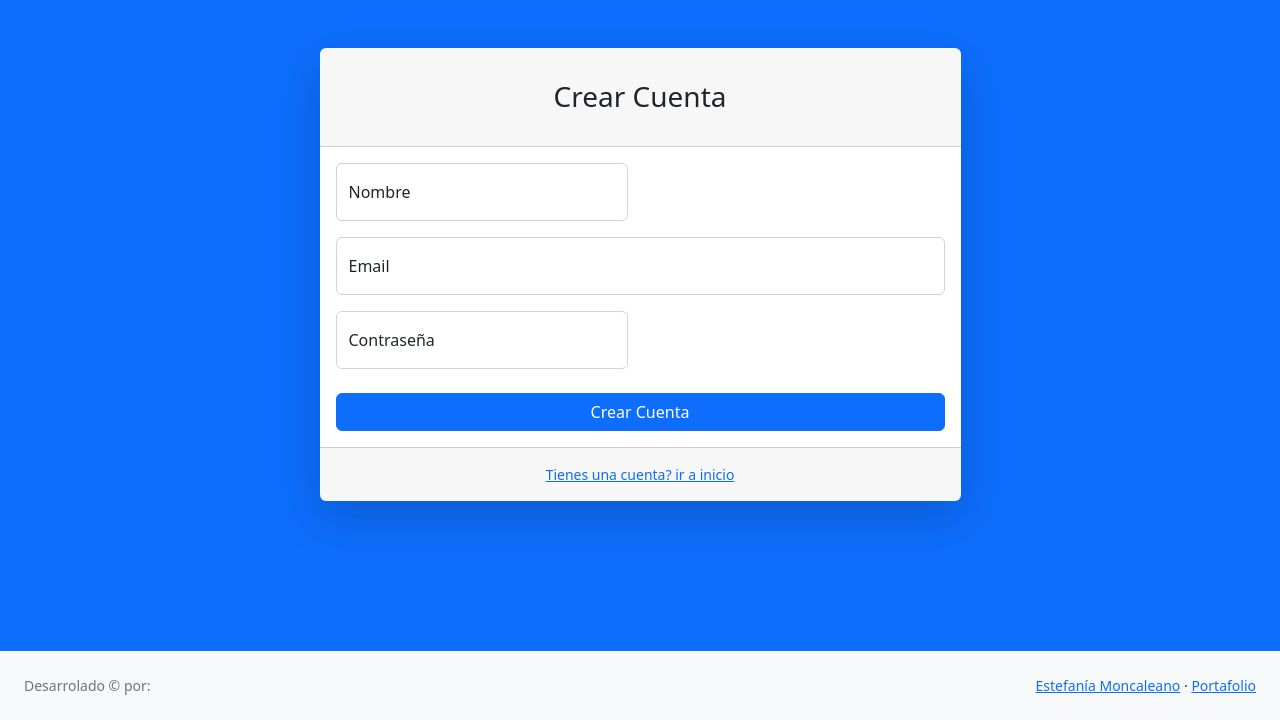
Repository: EstefaMH/Dashboard
Page: register.html
An editor plug-in stored every save of this project. The page is shown before and after a run of saves, followed by the edit.
The browser window is 1280 px wide. The pictures show the whole page.
Some web libraries are served in a nearby version.

Above is the page before, as saved 2023-12-29 02:38:39.

After the next 3 saves:
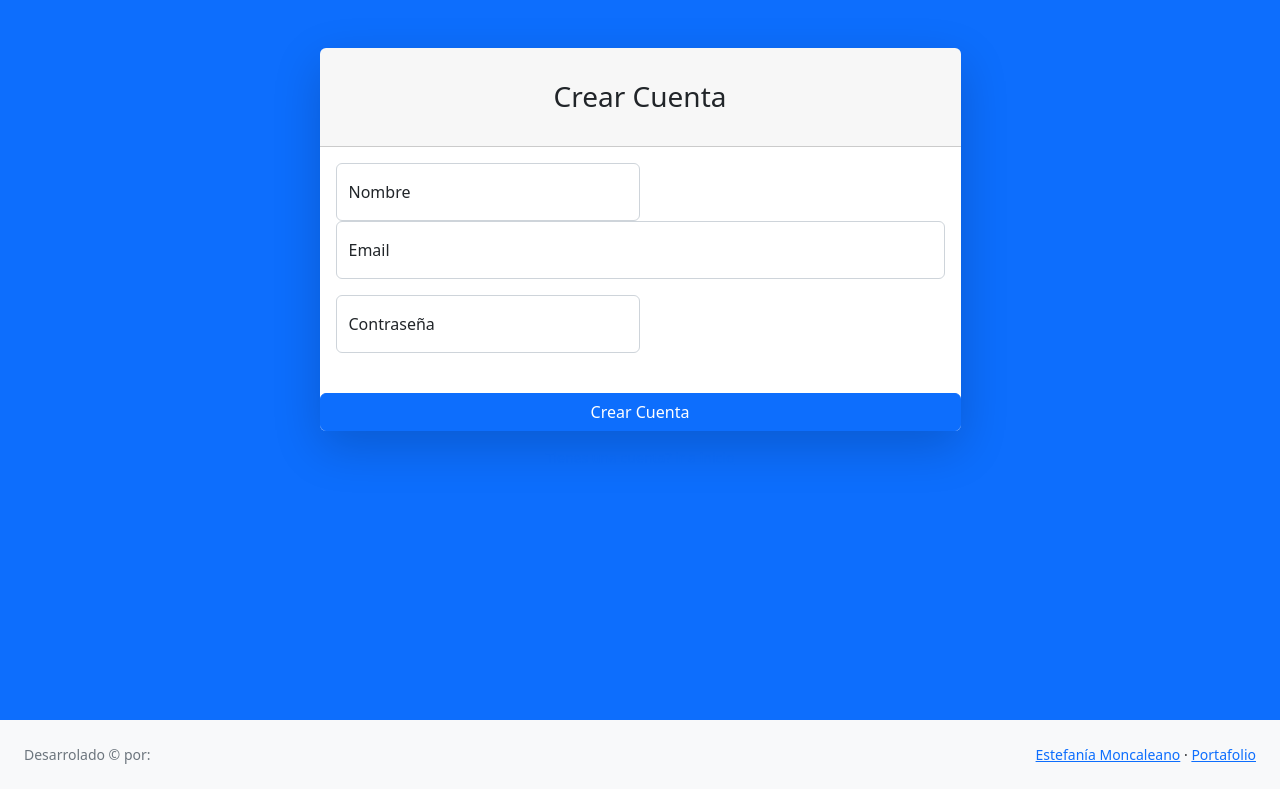
The 3 saves are shown as one change because they came seconds apart.
The last was saved 101 s later.
--- a/register.html
+++ b/register.html
@@ -25,7 +25,7 @@
                                 </div>
                                 <div class="card-body">
                                     <form class="form_register" id="form_register" name="form_register" onsubmit="submitFormRegister()">
-                                        <div class="row mb-3">
+
                                             <div class="col-md-6">
                                                 <div class="form-floating mb-3 mb-md-0">
                                                     <input required name="userName" class="form-control" id="inputFirstName"
@@ -34,13 +34,13 @@
                                                 </div>
                                             </div>
 
-                                        </div>
+
                                         <div class="form-floating mb-3">
                                             <input required name="email" class="form-control" id="inputEmail" type="email"
                                                 placeholder="name@example.com" />
                                             <label for="inputEmail">Email </label>
                                         </div>
-                                        <div class="row mb-3">
+
                                             <div class="col-md-6">
                                                 <div class="form-floating mb-3 mb-md-0">
                                                     <input name="password" class="form-control" id="inputPassword"
